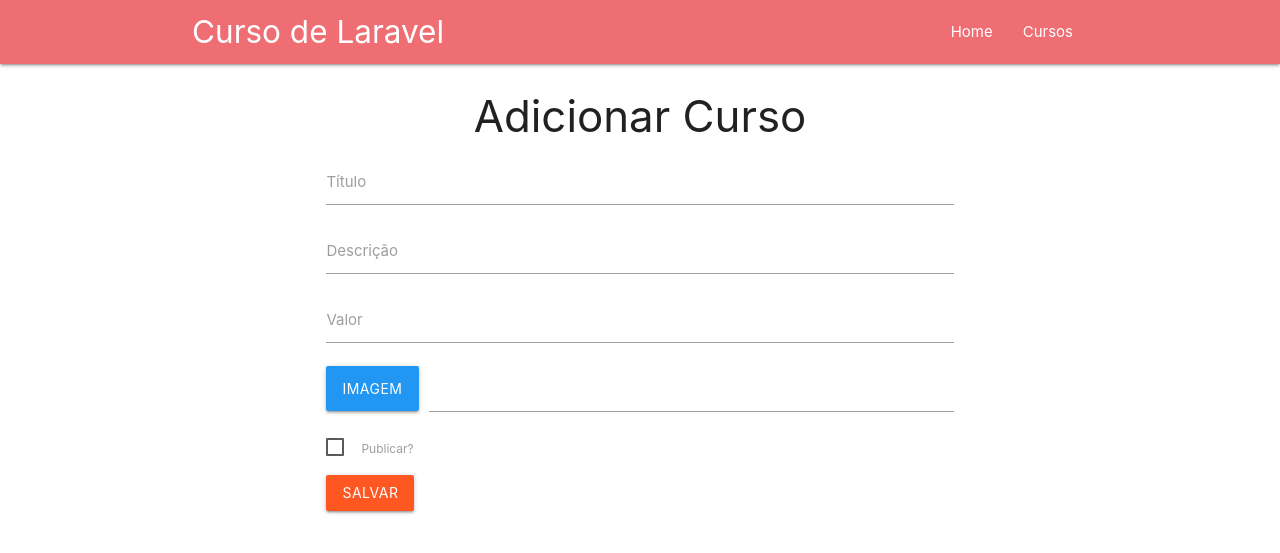
Repository: Kesteves1/Curso_Laravel
Page: resources/views/admin/cursos/editar.blade.php
An editor plug-in stored every save of this project. The page is shown before and after the next save, followed by the edit.
The browser window is 1280 px wide. The pictures show the whole page.
Some web libraries are served in a nearby version. The page is served by the project's Laravel application, run on PHP 8.4 with Laravel 8. The template is opened directly, without the code that normally fills it, so the values that code supplies are empty.

Above is the page before, as saved 2022-04-12 15:20:04.
Console error: ReferenceError: Materialize is not defined

After the next save:
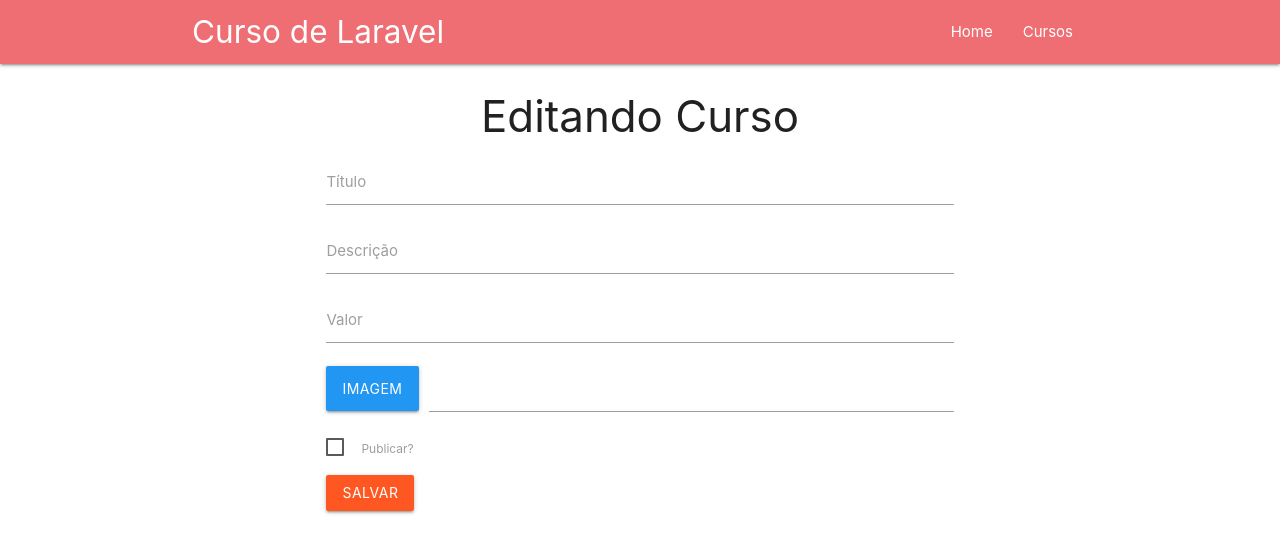
Saved 14 s later.
--- a/resources/views/admin/cursos/editar.blade.php
+++ b/resources/views/admin/cursos/editar.blade.php
@@ -4,7 +4,7 @@
 
 @section('conteudo')
     <div class="container">
-        <h3 class="center">Adicionar Curso</h3>
+        <h3 class="center">Editando Curso</h3>
             <div class="row">
                 <form class="" method="POST" enctype="multipart/form-data" action="{{route('admin.cursos.salvar')}}">
                         @csrf
